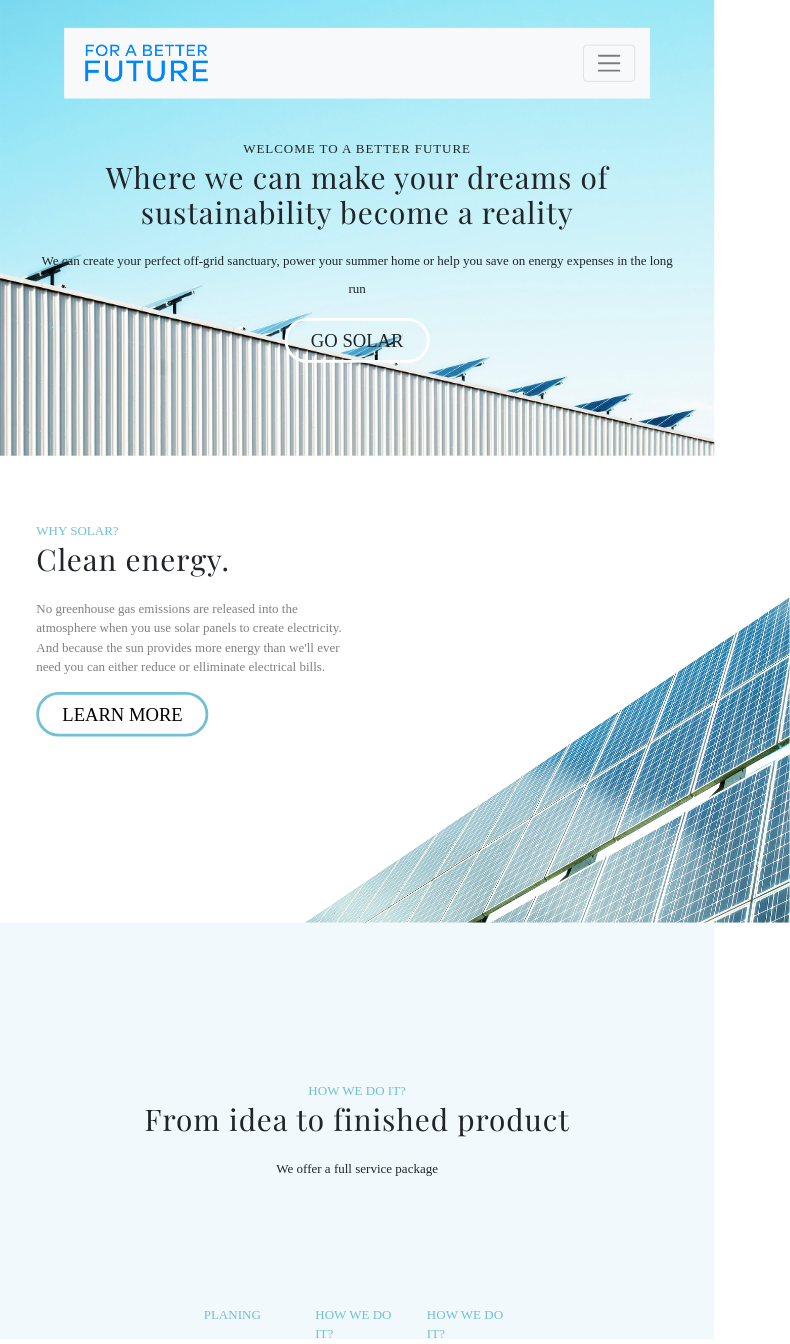
Repository: sabinemm/fabf
Page: index.html
The author's editor kept a record of every edit. The page is drawn from the files as they stood at one moment, then again after the next edit.
The browser window is 768 px wide. The page is 849 px wide, so the pictures cover 849 px, including what lies to the right of the window. The pictures show the whole page, at 93% of full size.
Backgrounds fixed to the window are drawn as part of the page. Some web fonts or font styles are not loaded; a fallback is used.

Above is the page before.

After the next edit:
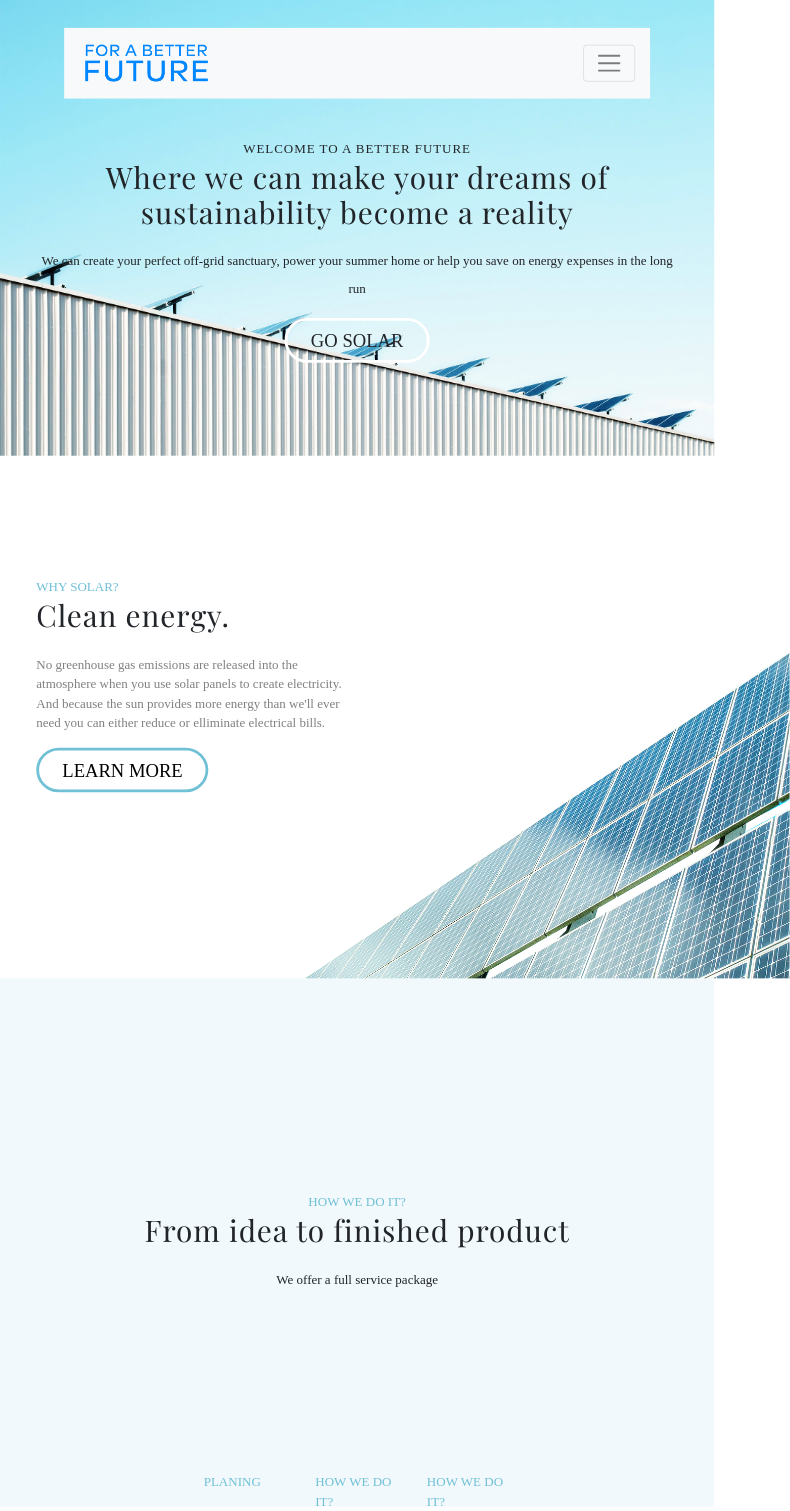
The edit:
--- a/style.css
+++ b/style.css
@@ -135,6 +135,12 @@
 
 }
 
+@media (max-width:768px) {
+    .stitle-blue {
+        padding-top: 130px;
+    }
+}
+
 .ltitle2 {
 padding-top: 10px;
 padding-bottom: 10px;
